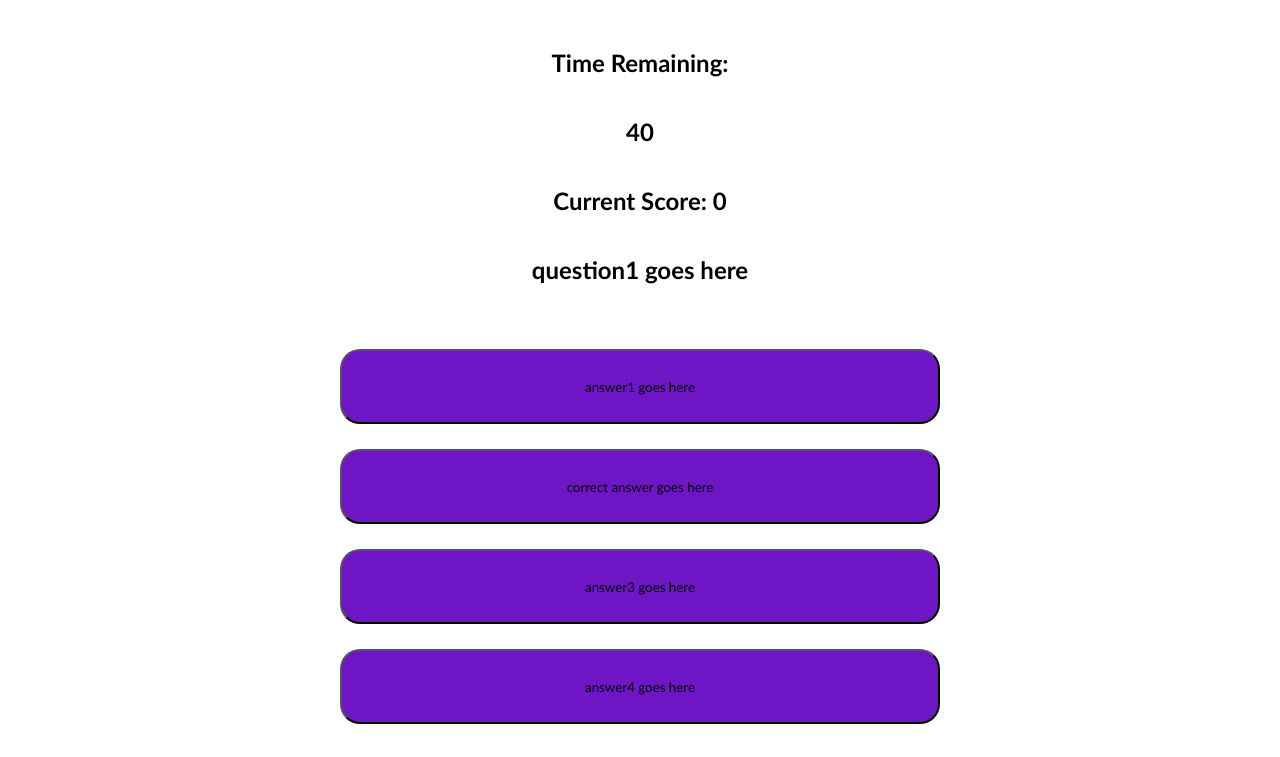
Repository: cobalt88/code-game
Page: assets/subpages/game.html
These files come from the project's save history. The page is drawn as it stood at one moment and after the next save; the edit follows.
The browser window is 1280 px wide. The pictures show the whole page.
After loading, the first visible `#start` was clicked once.

Above is the page before, as saved 2022-03-18 20:09:39.

After the next save:
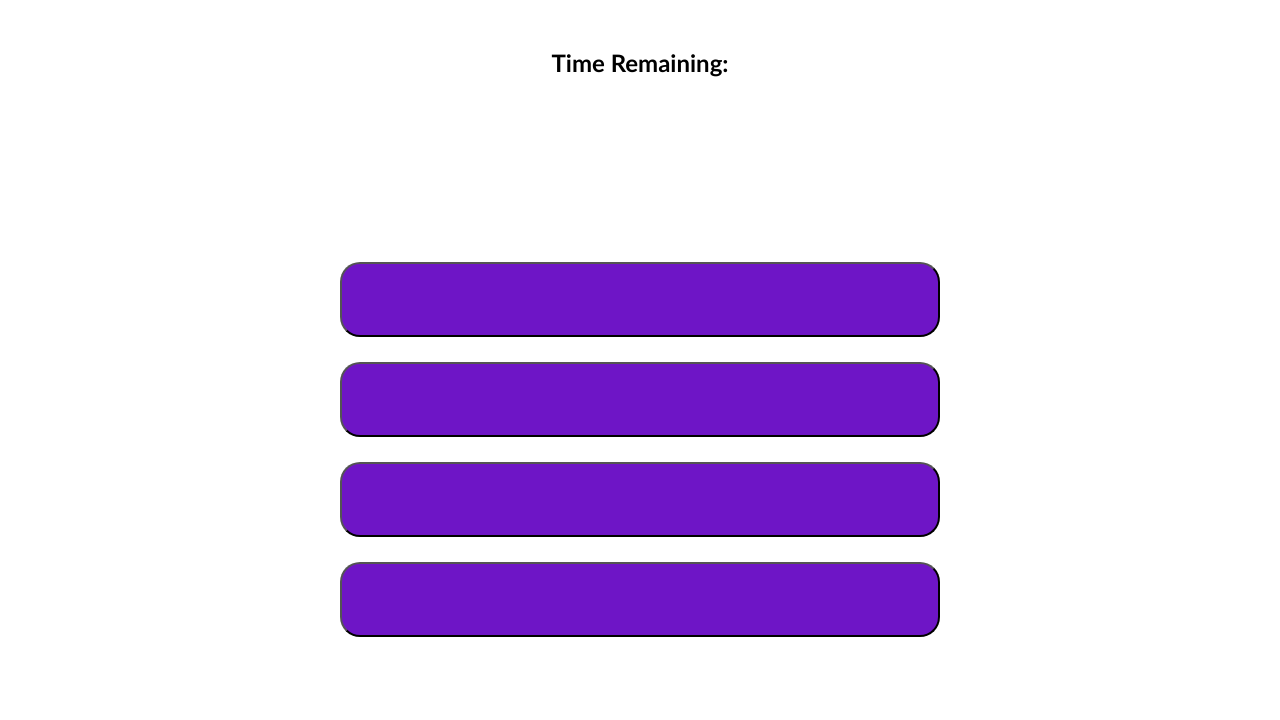
Console error: ReferenceError: math is not defined
Saved 3 min 46 s later.
--- a/assets/js/game.js
+++ b/assets/js/game.js
@@ -14,7 +14,7 @@ var option3El = document.querySelector('#option3');
 var option4El = document.querySelector('#option4');
 var questionEl = document.querySelector('#question');
 var answers = document.querySelector(".answers");
-var highScoreDisplay = document.querySelector('#high-score')
+var highScoreDisplayEl = document.querySelector('#high-score')
 var options = document.querySelector(".options");
 var saveScoreForm = document.querySelector('#save-score-form');
 var saveButton = document.querySelector('#save-score');
@@ -145,7 +145,6 @@ function hideElements() {
   scoreEl.setAttribute('style', 'display: none;');
   timerEl.setAttribute('style', 'display: none;');
   saveScoreForm.setAttribute('style', 'display: none;')
-
 }
 
 function startQuiz() {
@@ -156,6 +155,7 @@ function startQuiz() {
   option4El.setAttribute('style', 'display: visible;');
   scoreEl.setAttribute('style', 'display: visible;');
   timerEl.setAttribute('style', 'display: visible;');
+  highScoreDisplayEl.textContent = math.max(...storedScores)
   scoreTracker();
   generateQuestions();
   countdown();
